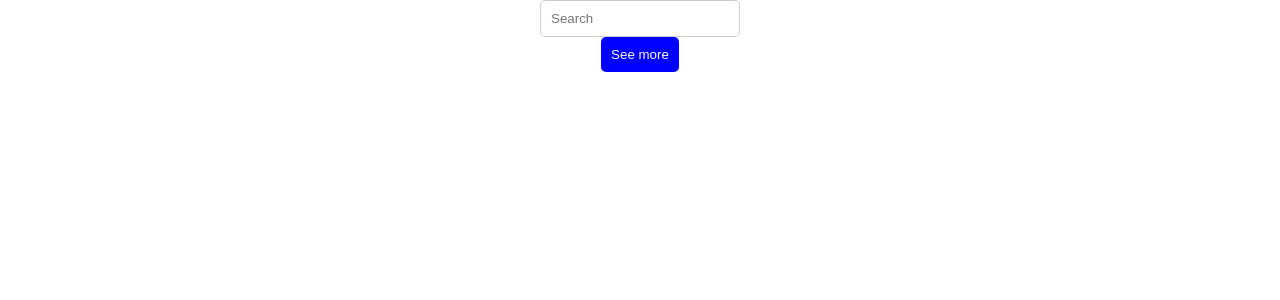
Repository: GiovanaBragio/ReactCourse
Page: / (app in project-1/)
An editor plug-in stored every save of this project. The page is shown before and after the next save, followed by the edit.
The browser window is 1280 px wide. The pictures show the whole page.
The page's requests for data from a server got no answer. The project was rebuilt for these pictures with package versions that can differ from the ones it lists, and the page was loaded fresh each time. No one was signed in, and anything a server would have sent is missing. Also part of the build but not shown: project-1/src/components/PostCard/PostCard.styles.css, project-1/src/components/PostCard/PostCard.tsx.

Above is the page before, as saved 2025-02-05 16:29:52.

### project-1/src/index.tsx
import React from 'react';
import ReactDOM from 'react-dom/client';
import './index.css';
import Home from './templates/Home/Home';

const root = ReactDOM.createRoot(
  document.getElementById('root') as HTMLElement
);
root.render(
  <React.StrictMode>
    <Home />
  </React.StrictMode>
);

### project-1/src/templates/Home/Home.tsx
import { useEffect, useState } from 'react';
import './Home.css';
import { PostCardProps } from '../../components/PostCard/PostCard.interface';
import Button from '../../components/Button/Button';
import InputText from '../../components/InputText/InputText';
import Post from '../../components/Post/Post';

function Home() {
  const [posts, setPosts] = useState<PostCardProps[]>([]);
  const [isButtonDisabled, setIsButtonDisabled] = useState(false);
  const [nextPosts, setNextPosts] = useState(10);
  const [search, setSearch] = useState('');
  const filterPosts = !!search ? posts.filter(post => post.title.toLowerCase().includes(search.toLowerCase())) : posts;

  useEffect(() => {
    loadPosts();
  }, []);

  const loadPosts = async () => {
    const responsePost = await fetch('https://jsonplaceholder.typicode.com/posts').then(response => response.json());
    const responsePhotos = await fetch('https://dummyjson.com/image/150');

    const postsWithPhotos = responsePost.map((post: PostCardProps, index: number) => {
      return {
        ...post,
        cover: responsePhotos.url
      }
    })

    setPosts(postsWithPhotos);
  }

  const seeMore = () => {
    let newNextPosts = nextPosts + 10;
    if (newNextPosts > 100) {
      setIsButtonDisabled(true);
    }
    setNextPosts(newNextPosts);
  }

  return (
    <div className="Home">
      <InputText
        value={search}
        onChange={(event: React.ChangeEvent<HTMLInputElement>) => setSearch(event.target.value)} />
      <Post posts={filterPosts} nextPosts={nextPosts} />
      {!search && (
        <Button
          text={'See more'}
          onClick={seeMore}
          disabled={isButtonDisabled}
        />
      )}
    </div>
  );
}

export default Home;

### project-1/src/templates/Home/Home.css
*{
  margin: 0;
  padding: 0;
  box-sizing: border-box;
}
.Home {
  display: flex;
  flex-direction: column;
  justify-content: center;
  align-items: center;
}

.Home__posts {
  display: grid;
  grid-template-columns: repeat(auto-fill, minmax(300px, 1fr));
}

.Home__search {
  width: 100%;
  display: flex;
  flex-direction: column;
  justify-content: flex-start;
  align-items: center;
  margin: 10px;
}

### project-1/src/components/Button/Button.tsx
import { ButtonProps } from "./Button.interface";
import './Button.styles.css';

const Button = ({ onClick, text, disabled }: ButtonProps) => {
    return (
        <button
            onClick={onClick}
            disabled={disabled}>
            {text}
        </button>
    )
}

export default Button;

### project-1/src/components/InputText/InputText.tsx
import { InputTextProps } from "./InputText.inerface";
import './InputText.styles.css';

const InputText = ({ value, onChange }: InputTextProps) => {
    return (
        <input
            className="inputText"
            type="text"
            placeholder="Search"
            value={value}
            onChange={onChange} />
    )
}

export default InputText;

### project-1/src/components/Post/Post.tsx
import PostCard from "../PostCard/PostCard";
import { PostProps } from "./Post.interface";

const Post = ({posts, nextPosts}: PostProps) => {
    return (
        <div className="Home__posts">
        {posts.slice(0, nextPosts).map(post => (
          <PostCard
            key={post.id}
            id={post.id}
            title={post.title}
            body={post.body}
            cover={post.cover} />
        )
        )}
      </div>
    )
}

export default Post;

### project-1/src/components/Button/Button.styles.css
button {
    color: white;
    padding: 10px;
    border-radius: 5px;
    border: none;
    background-color: blue;
    cursor: pointer;
    transition: all 0.3s ease-in-out;
}

button:hover {
    background-color: darkblue;
}

button:disabled {
    background-color: gray;
    cursor: not-allowed;
}

### project-1/src/components/InputText/InputText.styles.css
.inputText {
    padding: 10px;
    border: 1px solid #ccc;
    border-radius: 5px;
    width: 200px;
}

Loaded but not shown: project-1/public/index.html (common file); project-1/src/index.css (common file)

After the next save:
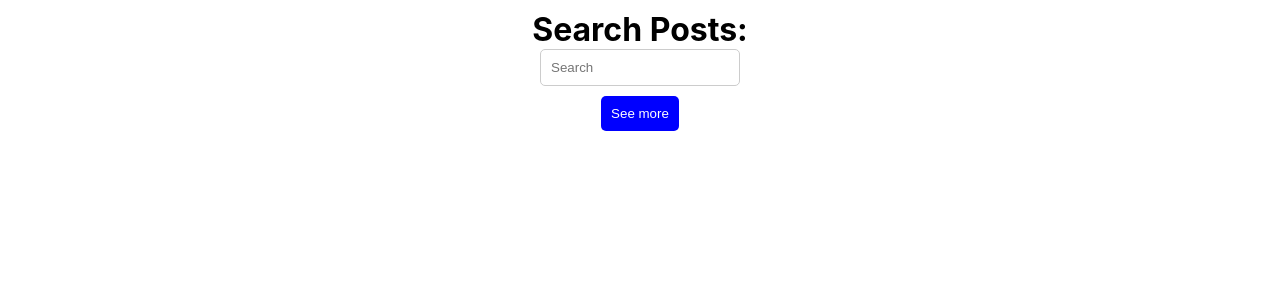
Saved 6 s later.
--- a/project-1/src/templates/Home/Home.tsx
+++ b/project-1/src/templates/Home/Home.tsx
@@ -40,9 +40,12 @@ function Home() {
 
   return (
     <div className="Home">
-      <InputText
-        value={search}
-        onChange={(event: React.ChangeEvent<HTMLInputElement>) => setSearch(event.target.value)} />
+      <div className="Home__search">
+        <h1>Search Posts: {search}</h1>
+        <InputText
+          value={search}
+          onChange={(event: React.ChangeEvent<HTMLInputElement>) => setSearch(event.target.value)} />
+      </div>
       <Post posts={filterPosts} nextPosts={nextPosts} />
       {!search && (
         <Button
